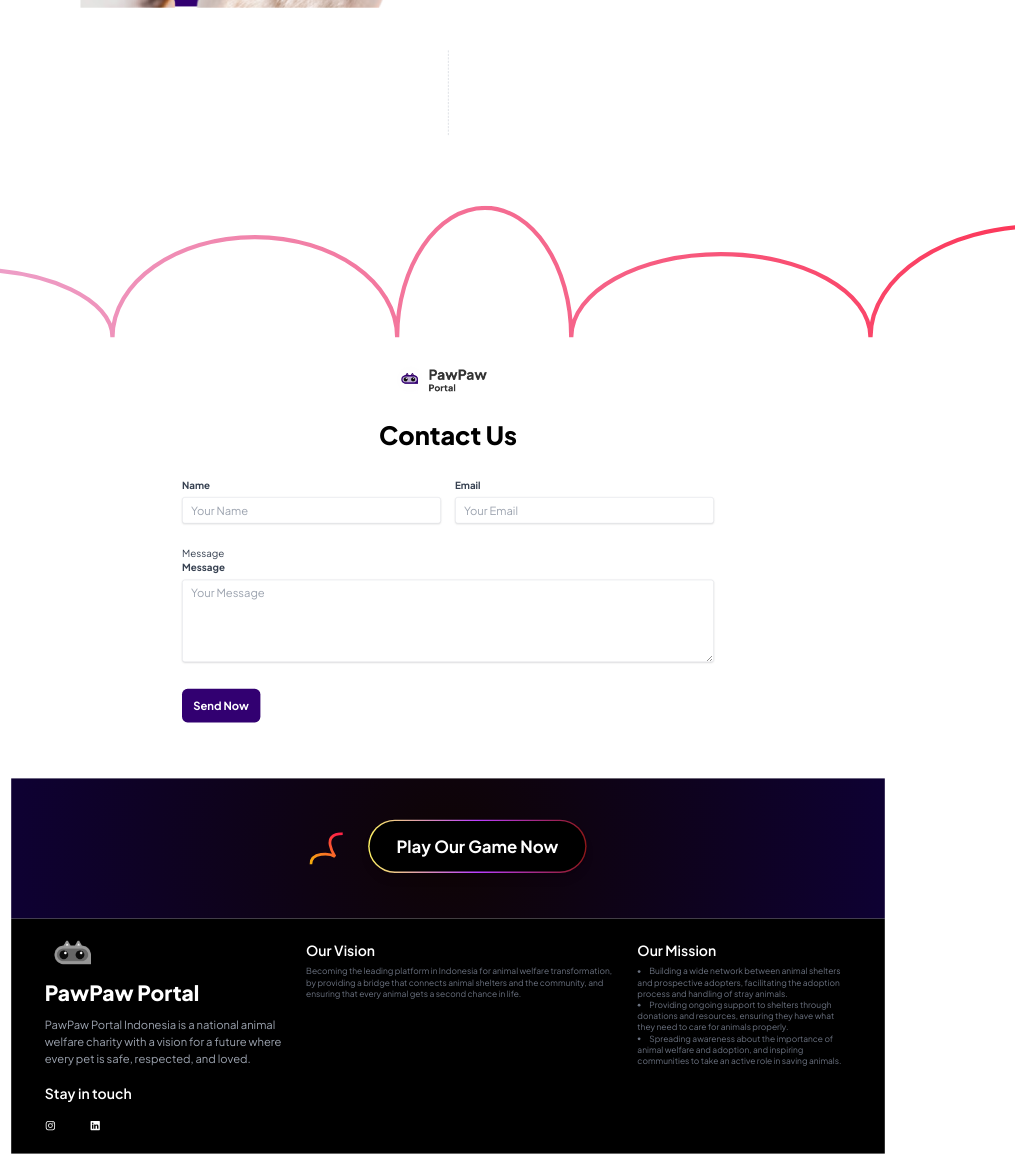
Repository: paskasiregar/pawpawwebsite
Page: /
These files come from the project's save history. The page is drawn as it stood at one moment and after the next save; the edit follows.
The browser window is 1280 px wide. The page is 1450 px wide, so the pictures cover 1450 px, including what lies to the right of the window. The pictures show the part of the page from y = 1550 to 3230 px (the page is 3230 px tall before and 3210 px after), at 70% of full size.
The project was rebuilt for these pictures with package versions that can differ from the ones it lists, and the page was loaded fresh each time. The framework's server and built-in components were replaced by stand-ins that run in the browser. Also part of the build but not shown: next.config.js, next.config.mjs.

Above is the page before, as saved 2024-07-31 14:35:30.

### src/app/layout.js
import { Inter } from "next/font/google";
import "./globals.css";

const inter = Inter({ subsets: ["latin"] });

export const metadata = {
  title: "PawPaw Portal | Your One-Stop Shelter",
  description: "Your One-Stop Shelter",
};

export default function RootLayout({ children }) {
  return (
    <html lang="en">
      <body className={inter.className}>{children}</body>
    </html>
  );
}

### src/app/globals.css
@import url("https://fonts.googleapis.com/css2?family=Plus+Jakarta+Sans:wght@400;600;700;800&display=swap");

@tailwind base;
@tailwind components;
@tailwind utilities;

body {
  font-family: "Plus Jakarta Sans", sans-serif;
}

.hero-bg {
  display: flex;
  background: radial-gradient(
    circle,
    rgb(204, 188, 230) 10%,
    rgb(255, 255, 255) 50%
  );
}

.cta-container {
  display: flex;
  justify-content: center;
  align-items: center;
  position: relative;
  background: radial-gradient(circle, rgb(14, 4, 4) 0%, rgb(14, 1, 51) 100%);
  padding: 20px;
  gap: 20px;
  min-height: 200px;
}

.cta-button {
  display: inline-block;
  padding: 20px 40px;
  font-size: 24px;
  font-weight: bold;
  color: white;
  background: black;
  border-radius: 40px;
  position: relative;
  z-index: 1;
  overflow: hidden;
  transition: all 0.3s ease;
  text-align: center;
}

.cta-button::before {
  content: "";
  position: absolute;
  top: -2px;
  left: -2px;
  right: -2px;
  bottom: -2px;
  background: linear-gradient(
    90deg,
    rgb(255, 244, 97) 0%,
    rgb(187, 61, 255) 50%,
    rgb(142, 23, 23) 100%
  );
  z-index: -1;
  border-radius: inherit;
}

.cta-button::after {
  content: "";
  position: absolute;
  top: 2px;
  left: 2px;
  right: 2px;
  bottom: 2px;
  background: black;
  z-index: -1;
  border-radius: inherit;
}

.cta-button:hover {
  color: rgb(237, 246, 133);
  background: white;
}

.footer-bg {
  background: radial-gradient(circle, rgb(14, 4, 4) 0%, rgb(14, 1, 51) 100%);
  color: white;
  text-align: center;
  padding: 20px;
}

.centeredcontainer {
  width: 100vw;
  height: auto;
}

.main-container {
  width: 100%;
  max-width: 1200px;
  margin: 0 auto;
  padding: 0 20px;
}
.header-content {
  display: flex;
  flex-direction: row;
  align-items: center;
  justify-content: space-between;
}

.header-logo-button {
  display: flex;
  flex-direction: row;
  align-items: center;
  gap: 16px; /* Adjust spacing as needed */
}

html {
  scroll-behavior: smooth;
}

### src/components/contact.jsx
import React from "react";
import PrimaryButton from "@/components/primaryButton";
import NameInput from "./nameInput";
import EmailInput from "./emailInput";
import MessageInput from "./mesageInput";
import Image from "next/image";
import logoHeaderImage from "../assets/banner-10.png";

export const Contact = () => {
  return (
    <div className="font-plus-jakarta flex flex-col items-center justify-center py-16 px-4 md:px-[200px] gap-[40px] text-29xl">
      <div className="flex justify-start items-start">
        <svg
          width="1620"
          height="188"
          viewBox="0 0 1620 188"
          fill="none"
          xmlns="http://www.w3.org/2000/svg"
        >
          <path
            d="M1891 188C1891 100.375 1784.67 29.342 1653.5 29.342C1522.34 29.342 1413.53 100.375 1413.53 188C1413.53 122.37 1317.84 69.158 1199.78 69.158C1081.72 69.158 986.029 122.362 986.029 188C986.029 85.8274 930.825 3 862.735 3C794.645 3 737.369 85.8274 737.369 188C737.369 108.853 646.33 44.6865 534.029 44.6865C421.728 44.6865 330.689 108.853 330.689 188C330.689 134.381 239.649 90.9105 127.349 90.9105C15.0481 90.9105 -76 134.381 -76 188"
            stroke="url(#paint0_linear_545_35799)"
            strokeWidth="6"
            strokeMiterlimit="10"
            strokeLinejoin="bevel"
          />
          <defs>
            <linearGradient
              id="paint0_linear_545_35799"
              x1="-84.5283"
              y1="91.1699"
              x2="1899.52"
              y2="91.1699"
              gradientUnits="userSpaceOnUse"
            >
              <stop offset="0.0224" stopColor="#EBADD7" />
              <stop offset="1" stopColor="#FF2445" />
            </linearGradient>
          </defs>
        </svg>
      </div>
      <Image
        className="w-36 h-10 object-cover"
        alt="Logo"
        src={logoHeaderImage}
        width={120}
        height={20}
      />
      <div className="text-4xl font-extrabold">Contact Us</div>
      <form
        action="https://submit-form.com/E0a8H8KS4"
        method="POST"
        className="w-full"
      >
        <div className="w-full flex flex-col items-start gap-[16px] text-base text-light-l800 font-regular-reg-2">
          <div className="w-full flex flex-col md:flex-row gap-[20px]">
            <div className="w-full md:w-1/2">
              <label
                htmlFor="name"
                className="block text-sm font-medium text-gray-700"
              ></label>
              <NameInput className="w-full" id="name" name="name" />
            </div>
            <div className="w-full md:w-1/2">
              <label
                htmlFor="email"
                className="block text-sm font-medium text-gray-700"
              ></label>
              <EmailInput className="w-full" id="email" name="email" />
            </div>
          </div>
          <div className="w-full">
            <label
              htmlFor="message"
              className="block text-sm font-medium text-gray-700"
            >
              Message
            </label>
            <MessageInput className="w-full" id="message" name="message" />
          </div>
        </div>
        <div className="mt-4">
          <PrimaryButton type="submit">Send Now</PrimaryButton>
        </div>
      </form>
    </div>
  );
};

export default Contact;

### src/components/divider.jsx
export const Divider = () => {
  return (
    <div className="self-stretch h-[195px] flex flex-row items-center justify-center py-16 px-[130px] box-border">
      <div className="w-px relative box-border h-[121px] border-r-[1px] border-dashed border-gray-300" />
    </div>
  );
};

### src/components/footer.jsx
import Link from "next/link";
import React from "react";
import Image from "next/image";
import logoFooterImage from "../assets/inverse.png";

export const Footer = () => {
  return (
    <div className="font-plus-jakarta w-full flex bg-black">
      <div className="font-plus-jakarta w-full flex flex-col items-center bg-black py-8 px-4">
        <div className="max-w-6xl w-full mx-auto space-y-6">
          {/* Footer Header */}
          <div className="flex flex-col md:flex-row items-center md:items-start md:justify-between mb-6">
            <div className="space-y-4">
              <Image
                className="w-20 h-10 object-cover"
                alt="Logo"
                src={logoFooterImage}
                width={80}
                height={80}
              />
              <div className="space-y-4">
                <div className="text-white text-3xl font-extrabold">
                  PawPaw Portal
                </div>
                <p className="text-med text-gray-400">
                  PawPaw Portal Indonesia is a national animal welfare charity
                  with a vision for a future where every pet is safe, respected,
                  and loved.
                </p>
              </div>
            </div>

            {/* Vision and Mission */}
            <div className="flex flex-col md:flex-row mt-4 md:mt-0 space-y-4 md:space-y-0 md:space-x-8">
              <div className="space-y-2">
                <div className="font-semibold text-xl text-white">
                  Our Vision
                </div>
                <div className="text-xs text-gray-500">
                  Becoming the leading platform in Indonesia for animal welfare
                  transformation, by providing a bridge that connects animal
                  shelters and the community, and ensuring that every animal
                  gets a second chance in life.
                </div>
              </div>
              <div className="space-y-2">
                <div className="font-semibold text-xl text-white">
                  Our Mission
                </div>
                <div className="text-xs text-gray-500">
                  <ol className="list-inside list-disc">
                    <li>
                      Building a wide network between animal shelters and
                      prospective adopters, facilitating the adoption process
                      and handling of stray animals.
                    </li>
                    <li>
                      Providing ongoing support to shelters through donations
                      and resources, ensuring they have what they need to care
                      for animals properly.
                    </li>
                    <li>
                      Spreading awareness about the importance of animal welfare
                      and adoption, and inspiring communities to take an active
                      role in saving animals.
                    </li>
                  </ol>
                </div>
              </div>
            </div>
          </div>
          {/* social media */}
          <div className="text-xl font-semibold mb-4 text-white">
            Stay in touch
          </div>
          <div className="flex space-x-4">
            <Link href="https://www.instagram.com/pawpawportal">
              <svg
                xmlns="http://www.w3.org/2000/svg"
                width="1em"
                height="1em"
                viewBox="0 0 24 24"
              >
                <path
                  fill="white"
                  d="M17.34 5.46a1.2 1.2 0 1 0 1.2 1.2a1.2 1.2 0 0 0-1.2-1.2m4.6 2.42a7.59 7.59 0 0 0-.46-2.43a4.94 4.94 0 0 0-1.16-1.77a4.7 4.7 0 0 0-1.77-1.15a7.3 7.3 0 0 0-2.43-.47C15.06 2 14.72 2 12 2s-3.06 0-4.12.06a7.3 7.3 0 0 0-2.43.47a4.78 4.78 0 0 0-1.77 1.15a4.7 4.7 0 0 0-1.15 1.77a7.3 7.3 0 0 0-.47 2.43C2 8.94 2 9.28 2 12s0 3.06.06 4.12a7.3 7.3 0 0 0 .47 2.43a4.7 4.7 0 0 0 1.15 1.77a4.78 4.78 0 0 0 1.77 1.15a7.3 7.3 0 0 0 2.43.47C8.94 22 9.28 22 12 22s3.06 0 4.12-.06a7.3 7.3 0 0 0 2.43-.47a4.7 4.7 0 0 0 1.77-1.15a4.85 4.85 0 0 0 1.16-1.77a7.59 7.59 0 0 0 .46-2.43c0-1.06.06-1.4.06-4.12s0-3.06-.06-4.12M20.14 16a5.61 5.61 0 0 1-.34 1.86a3.06 3.06 0 0 1-.75 1.15a3.19 3.19 0 0 1-1.15.75a5.61 5.61 0 0 1-1.86.34c-1 .05-1.37.06-4 .06s-3 0-4-.06a5.73 5.73 0 0 1-1.94-.3a3.27 3.27 0 0 1-1.1-.75a3 3 0 0 1-.74-1.15a5.54 5.54 0 0 1-.4-1.9c0-1-.06-1.37-.06-4s0-3 .06-4a5.54 5.54 0 0 1 .35-1.9A3 3 0 0 1 5 5a3.14 3.14 0 0 1 1.1-.8A5.73 5.73 0 0 1 8 3.86c1 0 1.37-.06 4-.06s3 0 4 .06a5.61 5.61 0 0 1 1.86.34a3.06 3.06 0 0 1 1.19.8a3.06 3.06 0 0 1 .75 1.1a5.61 5.61 0 0 1 .34 1.9c.05 1 .06 1.37.06 4s-.01 3-.06 4M12 6.87A5.13 5.13 0 1 0 17.14 12A5.12 5.12 0 0 0 12 6.87m0 8.46A3.33 3.33 0 1 1 15.33 12A3.33 3.33 0 0 1 12 15.33"
                />
              </svg>
            </Link>
            <Link href="https://twitter.com/pawpawportal">
              <svg
                xmlns="http://www.w3.org/2000/svg"
                width="1em"
                height="1em"
                viewBox="0 0 24 24"
              >
                <g fill="white">
                  <path d="M1 2h2.5L3.5 2h-2.5z">
                    <animate
                      fill="freeze"
                      attributeName="d"
                      dur="0.4s"
                      values="M1 2h2.5L3.5 2h-2.5z;M1 2h2.5L18.5 22h-2.5z"
                    />
                  </path>
                  <path d="M5.5 2h2.5L7.2 2h-2.5z">
                    <animate
                      fill="freeze"
                      attributeName="d"
                      dur="0.4s"
                      values="M5.5 2h2.5L7.2 2h-2.5z;M5.5 2h2.5L23 22h-2.5z"
                    />
                  </path>
                  <path d="M3 2h5v0h-5z" opacity="0">
                    <set attributeName="opacity" begin="0.4s" to="1" />
                    <animate
                      fill="freeze"
                      attributeName="d"
                      begin="0.4s"
                      dur="0.4s"
                      values="M3 2h5v0h-5z;M3 2h5v2h-5z"
                    />
                  </path>
                  <path d="M16 22h5v0h-5z" opacity="0">
                    <set attributeName="opacity" begin="0.4s" to="1" />
                    <animate
                      fill="freeze"
                      attributeName="d"
                      begin="0.4s"
                      dur="0.4s"
                      values="M16 22h5v0h-5z;M16 22h5v-2h-5z"
                    />
                  </path>
                  <path d="M18.5 2h3.5L22 2h-3.5z" opacity="0">
                    <set attributeName="opacity" begin="0.5s" to="1" />
                    <animate
                      fill="freeze"
                      attributeName="d"
                      begin="0.5s"
                      dur="0.4s"
                      values="M18.5 2h3.5L22 2h-3.5z;M18.5 2h3.5L5 22h-3.5z"
                    />
                  </path>
                </g>
              </svg>
            </Link>
            <Link href="https://www.linkedin.com/company/pawpawportal">
              <svg
                xmlns="http://www.w3.org/2000/svg"
                width="1em"
                height="1em"
                viewBox="0 0 24 24"
              >
                <path
                  fill="white"
                  d="M20.47 2H3.53a1.45 1.45 0 0 0-1.47 1.43v17.14A1.45 1.45 0 0 0 3.53 22h16.94a1.45 1.45 0 0 0 1.47-1.43V3.43A1.45 1.45 0 0 0 20.47 2M8.09 18.74h-3v-9h3ZM6.59 8.48a1.56 1.56 0 1 1 0-3.12a1.57 1.57 0 1 1 0 3.12m12.32 10.26h-3v-4.83c0-1.21-.43-2-1.52-2A1.65 1.65 0 0 0 12.85 13a2 2 0 0 0-.1.73v5h-3v-9h3V11a3 3 0 0 1 2.71-1.5c2 0 3.45 1.29 3.45 4.06Z"
                />
              </svg>
            </Link>
          </div>
        </div>
      </div>
    </div>
  );
};

export default Footer;

### src/components/header.jsx
import Link from "next/link";
import PrimaryButton from "@/components/primaryButton";
import React from "react";
import Image from "next/image";
import logoHeaderImage from "../assets/banner-10.png";

export const Header = () => {
  return (
    <div className="font-plus-jakarta w-full flex flex-col items-center justify-center text-left text-gray-500">
      <div className="self-stretch bg-white flex flex-col items-center justify-center text-sm">
        <div className="w-full header-content p-2.5 box-border">
          <Link href="/">
            <Image
              className="w-36 h-10 object-cover"
              alt="Logo"
              src={logoHeaderImage}
              width={120}
              height={20}
            />
          </Link>
          <div className="hidden md:flex flex-row items-center justify-center gap-8">
            <div>
              <Link href="#how-it-works">How It Works</Link>
            </div>
            <div>
              <Link href="#about-us">About Us</Link>
            </div>
          </div>
          <div className="header-logo-button">
            <PrimaryButton>Be Our Hero Today!</PrimaryButton>
          </div>
        </div>
      </div>
    </div>
  );
};

export default Header;

### src/components/CTA.jsx
import React from "react";
import Link from "next/link";

const CTA = () => {
  return (
    <div className="cta-container font-plus-jakarta p-4 md:p-8 flex flex-col md:flex-row items-center justify-center">
      <svg
        className="cta-decoration mb-4 md:mb-0 md:mr-4"
        width="48"
        height="46"
        viewBox="0 0 48 46"
        fill="none"
        xmlns="http://www.w3.org/2000/svg"
      >
        <path
          d="M2 46C2 27.296 29.551 30.0086 36.5736 34.5625C36.5736 34.5625 14.4611 2 47.5714 2"
          stroke="url(#cta_gradient)"
          strokeWidth="3.92857"
          strokeMiterlimit="10"
          strokeLinejoin="bevel"
        />
        <defs>
          <linearGradient
            id="cta_gradient"
            x1="37.3571"
            y1="2"
            x2="7.5"
            y2="46"
            gradientUnits="userSpaceOnUse"
          >
            <stop stopColor="#FF2445" />
            <stop offset="1" stopColor="#F5AB0E" />
          </linearGradient>
        </defs>
      </svg>
      <Link href="/game">
        <div className="cta-button text-center bg-gradient-to-r from-orange-500 to-pink-500 text-white font-bold py-2 px-4 rounded-lg shadow-lg cursor-pointer">
          Play Our Game Now
        </div>
      </Link>
    </div>
  );
};

export default CTA;

### src/components/primaryButton.jsx
import React from "react";

const PrimaryButton = ({ children, onClick }) => {
  return (
    <button
      className="self-stretch  bg-inherit-320071 hover:bg-blue-700 text-white font-bold px-4 py-3 rounded-lg"
      onClick={onClick}
    >
      {children}
    </button>
  );
};

export default PrimaryButton;

### src/components/secButton.jsx
import React from "react";

const SecButton = ({ children, onClick }) => {
  return (
    <button
      className="bg-white border border-inherit-320071 text-inherit-320071 font-bold py-2 px-4 rounded-lg"
      onClick={onClick}
    >
      {children}
    </button>
  );
};

export default SecButton;

### src/components/nameInput.jsx
import React from "react";

const NameInput = ({ value, onChange }) => {
  return (
    <div className="mb-4">
      <label
        className="block text-gray-700 text-sm font-bold mb-2"
        htmlFor="name"
      >
        Name
      </label>
      <input
        id="name"
        type="text"
        value={value}
        onChange={onChange}
        className="shadow appearance-none border rounded w-full py-2 px-3 text-gray-700 leading-tight focus:outline-none focus:shadow-outline"
        placeholder="Your Name"
      />
    </div>
  );
};

export default NameInput;

### src/components/emailInput.jsx
import React from "react";

const EmailInput = ({ value, onChange }) => {
  return (
    <div className="mb-4">
      <label
        className="block text-gray-700 text-sm font-bold mb-2"
        htmlFor="email"
      >
        Email
      </label>
      <input
        id="email"
        type="email"
        value={value}
        onChange={onChange}
        className="shadow appearance-none border rounded w-full py-2 px-3 text-gray-700 leading-tight focus:outline-none focus:shadow-outline"
        placeholder="Your Email"
      />
    </div>
  );
};

export default EmailInput;

### src/components/mesageInput.jsx
import React from "react";

const MessageInput = ({ value, onChange }) => {
  return (
    <div className="mb-4">
      <label
        className="block text-gray-700 text-sm font-bold mb-2"
        htmlFor="message"
      >
        Message
      </label>
      <textarea
        id="message"
        value={value}
        onChange={onChange}
        className="shadow appearance-none border rounded w-full py-2 px-3 text-gray-700 leading-tight focus:outline-none focus:shadow-outline"
        placeholder="Your Message"
        rows="5"
      />
    </div>
  );
};

export default MessageInput;

Loaded but not shown: src/app/page.js (128 lines, source omitted); tailwind.config.js (24 lines, source omitted); src/components/hero.jsx (211 lines, source omitted)

After the next save:
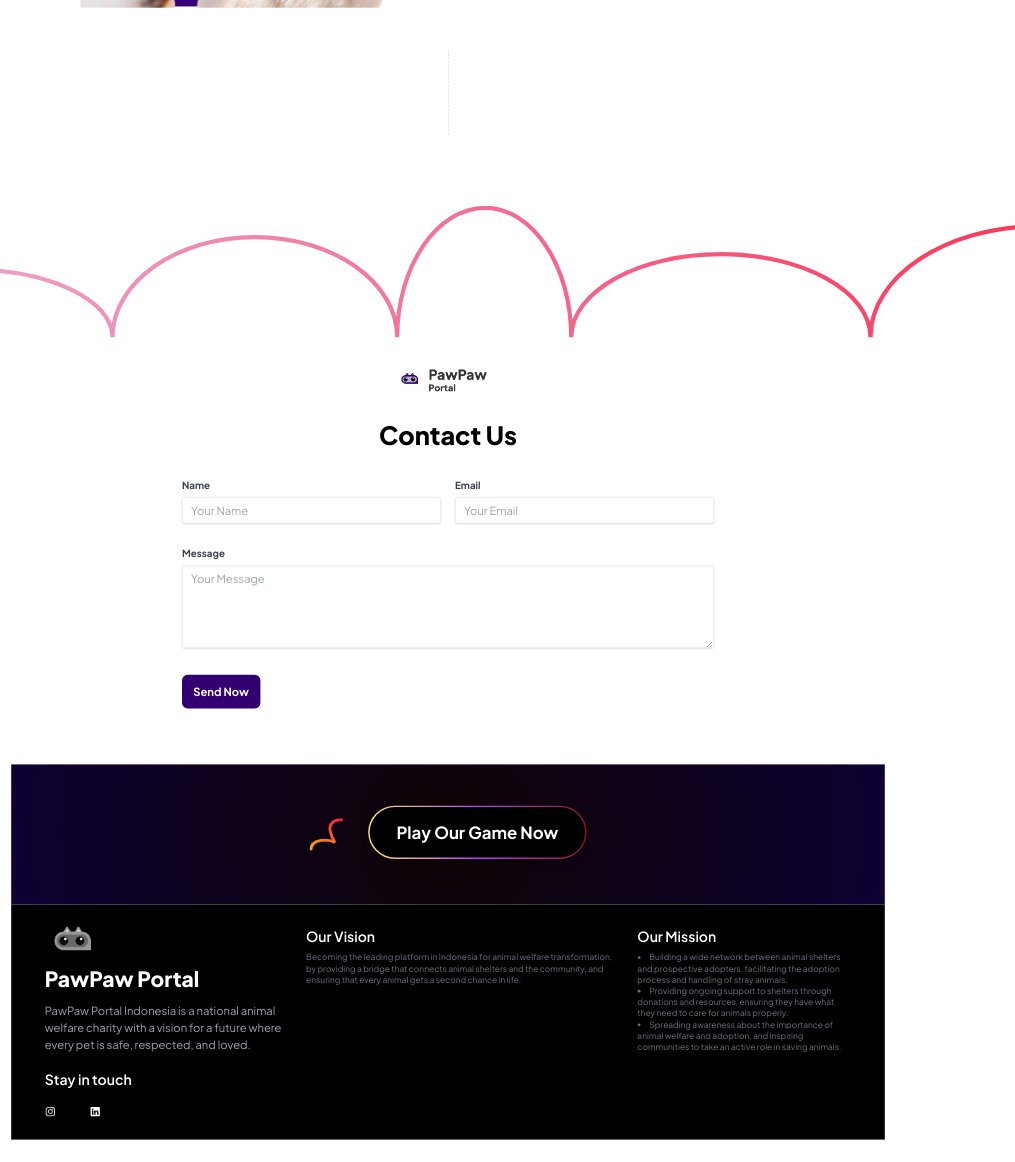
Saved 4 s later.
--- a/src/components/contact.jsx
+++ b/src/components/contact.jsx
@@ -73,9 +73,7 @@ export const Contact = () => {
             <label
               htmlFor="message"
               className="block text-sm font-medium text-gray-700"
-            >
-              Message
-            </label>
+            ></label>
             <MessageInput className="w-full" id="message" name="message" />
           </div>
         </div>
